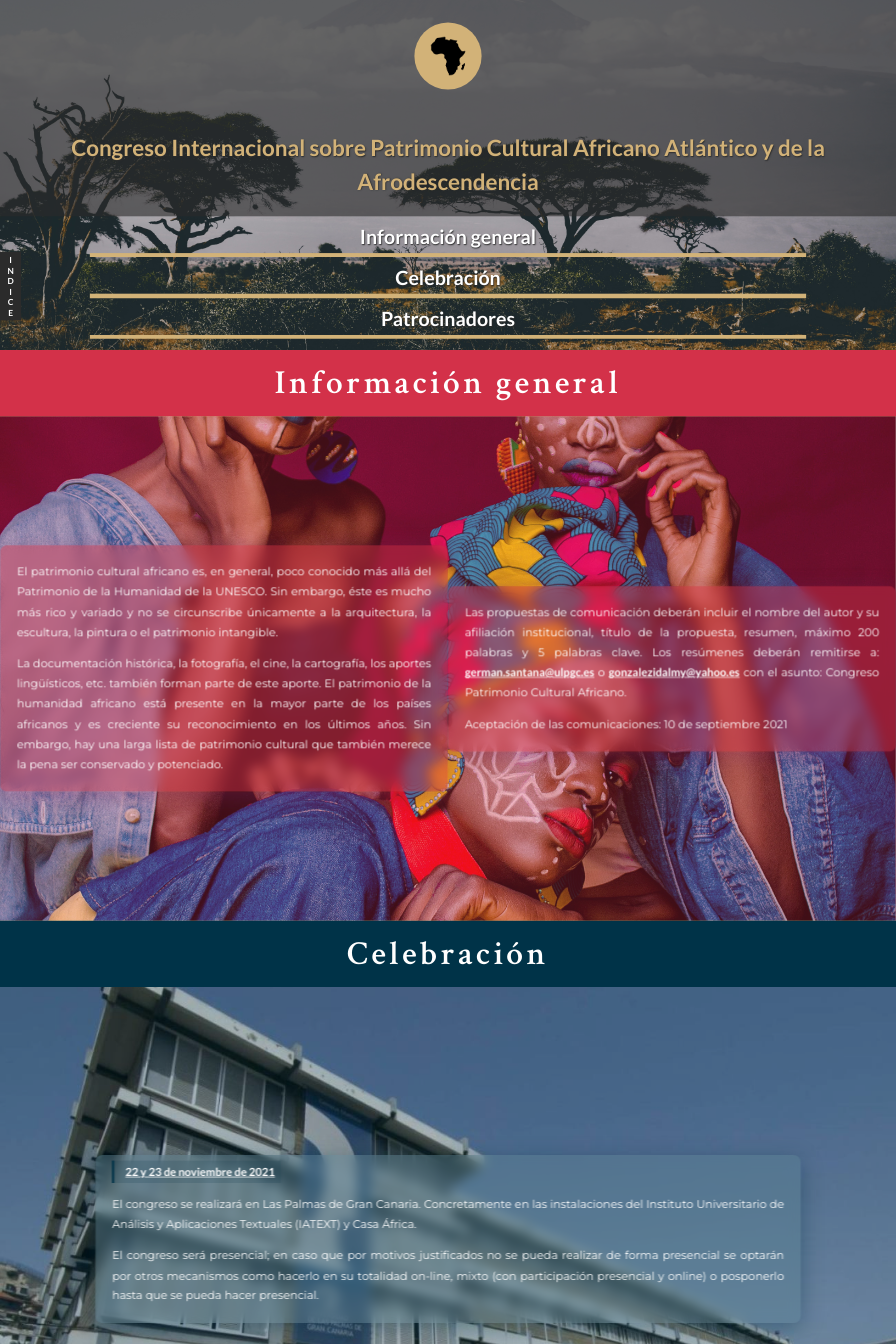
Repository: Letram/congresoafrica
Page: index.html
An editor plug-in stored every save of this project. The page is shown before and after a run of saves, followed by the edit.
The browser window is 1280 px wide. The pictures show the part of the page from y = 0 to 1920 px (the page is 2945 px tall), at 70% of full size.
Backgrounds fixed to the window are drawn as part of the page. Some web libraries are served in a nearby version. The style sheet was rebuilt from its Sass, Less or Tailwind sources for each picture, by a compiler version that may differ from the author's.

Above is the page before, as saved 2021-04-30 12:58:54.

After the next 2 saves:
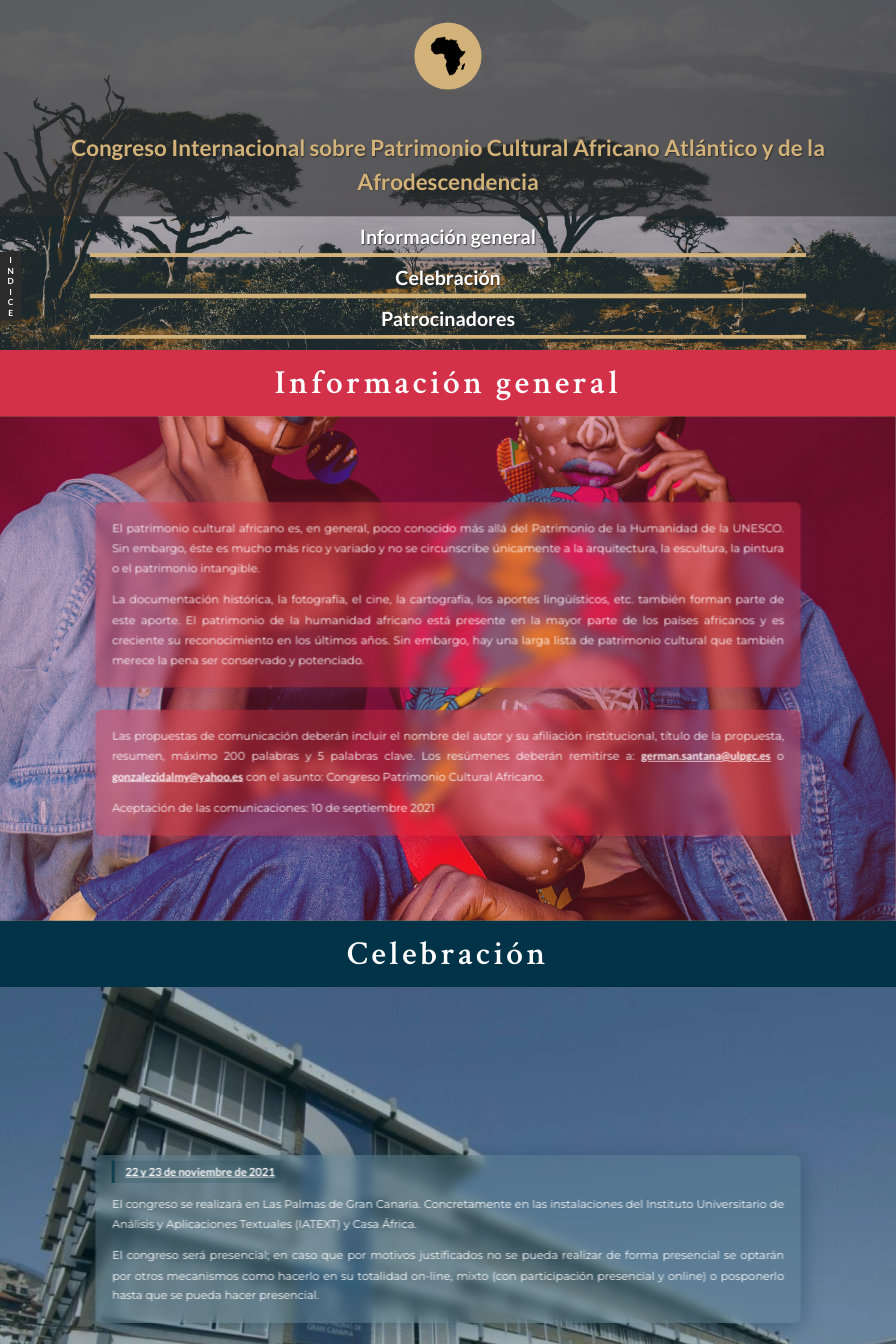
The 2 saves are shown as one change because they came seconds apart.
The last was saved 42 s later.
--- a/styles/styles.scss
+++ b/styles/styles.scss
@@ -151,9 +151,11 @@ article {
   background-position: center;
   background-repeat: no-repeat;
   position: relative;
-  display: flex;
-  justify-content: center;
-  align-items: center;
+  // display: flex;
+  // justify-content: center;
+  // align-items: center;
+  display: grid;
+  place-content: center;
   &.sec-1 {
     background-image: url("../resources/pictures/pexels-bestbe-models-2170387.jpg");
     background-size: cover;
